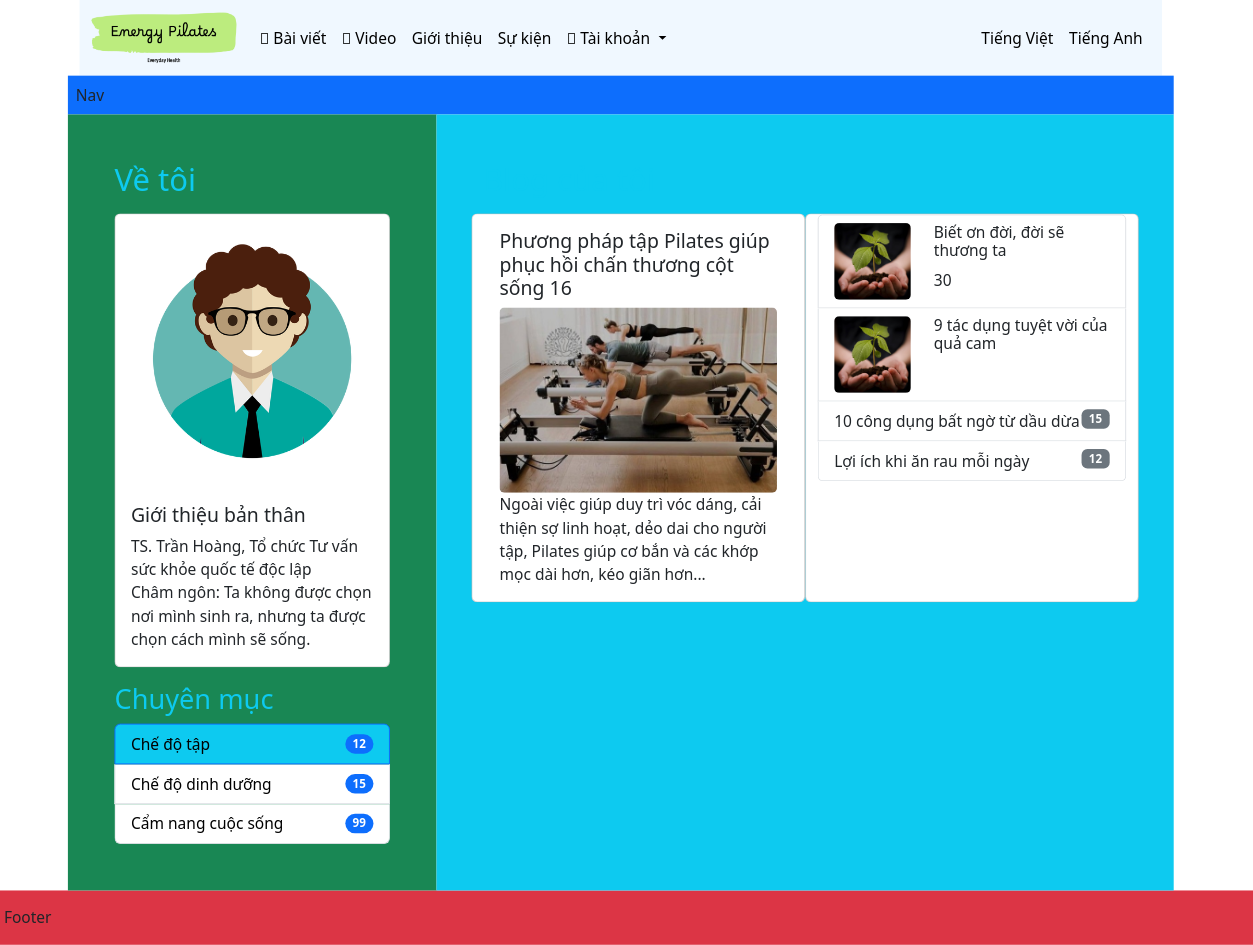
Repository: KizukoHeiwa/SOF308
Page: Lab1/index.html
An editor plug-in stored every save of this project. The page is shown before and after the next save, followed by the edit.
The browser window is 1280 px wide. The page is 1292 px wide, so the pictures cover 1292 px, including what lies to the right of the window. The pictures show the whole page, at 97% of full size.

Above is the page before, as saved 2024-10-31 10:36:46.

After the next save:
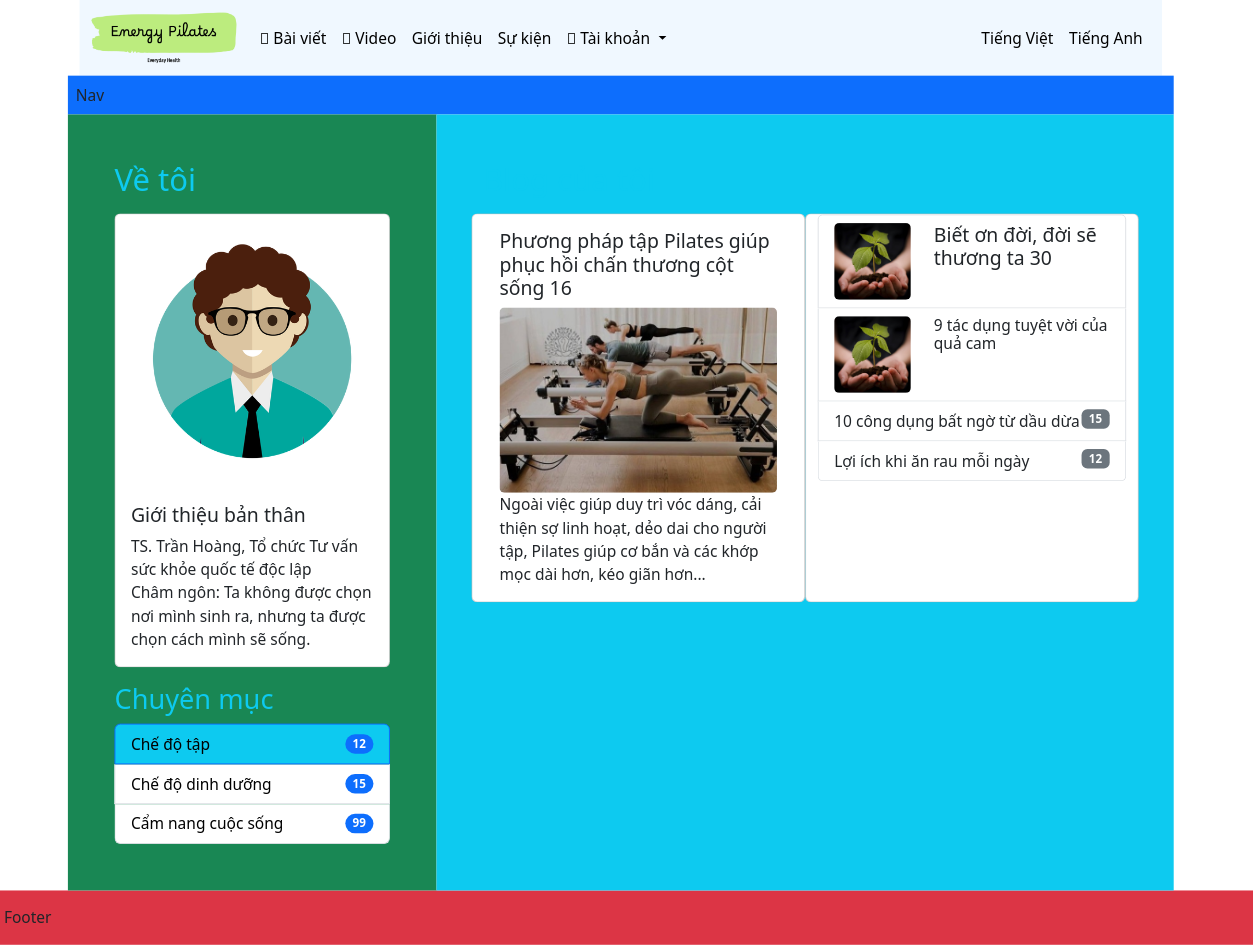
Saved 7 s later.
--- a/Lab1/index.html
+++ b/Lab1/index.html
@@ -120,7 +120,7 @@
                                             <img src="img/corevalue.jpg" alt="" class="card-img">
                                         </div>
                                         <div class="col-8">
-                                            <h6>Biết ơn đời, đời sẽ thương ta</h6>
+                                            <h5>Biết ơn đời, đời sẽ thương ta</h>
                                             30
                                         </div>
                                     </div>
